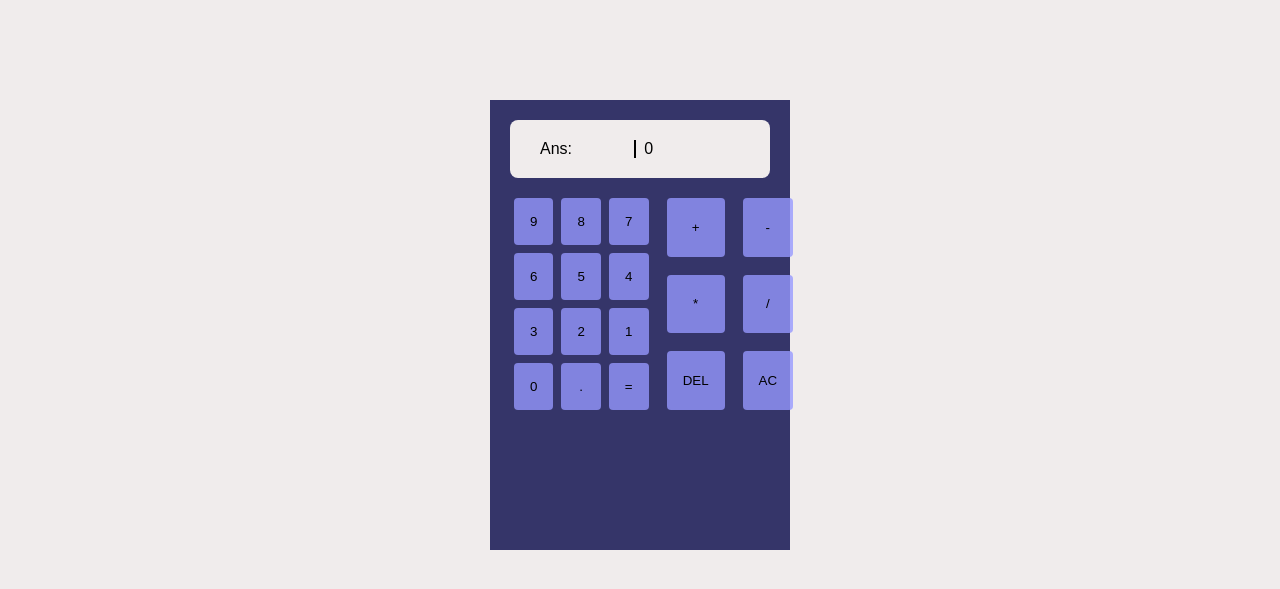
Repository: Bishek666/simple-calculator
Page: /
An editor plug-in stored every save of this project. The page is shown before and after the next save, followed by the edit.
The browser window is 1280 px wide. The pictures show the whole page.
The project was rebuilt for these pictures with package versions that can differ from the ones it lists, and the page was loaded fresh each time.

Above is the page before, as saved 2021-10-26 17:06:54.

After the next save:
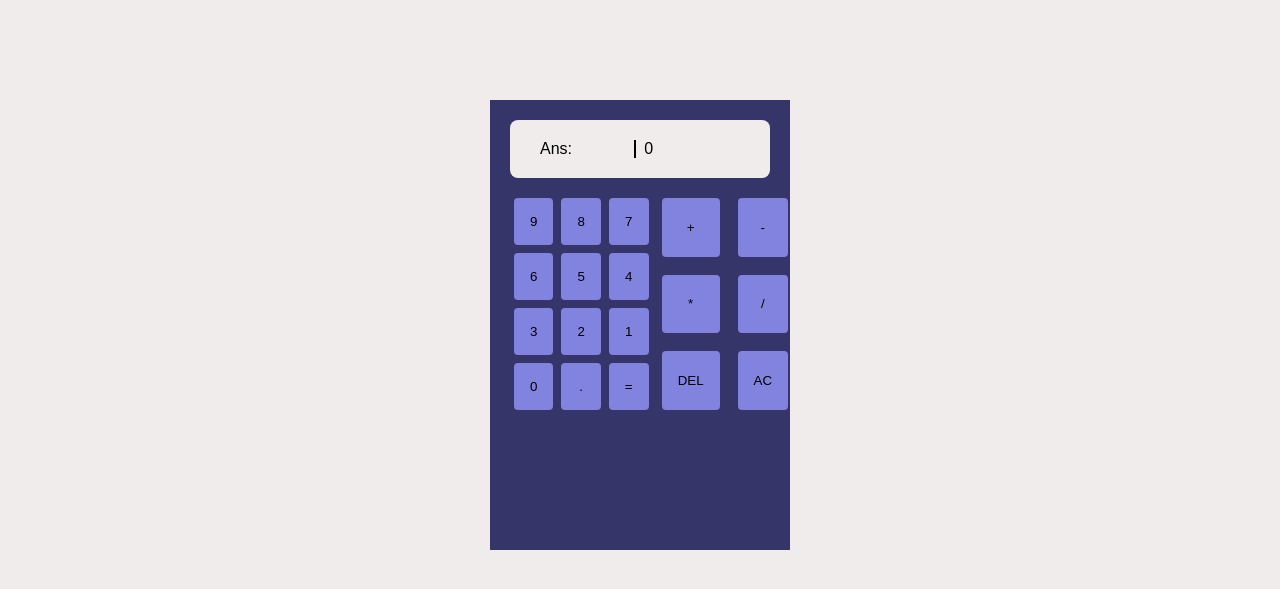
Saved 7 s later.
--- a/src/index.css
+++ b/src/index.css
@@ -68,7 +68,7 @@ button {
 .digits {
     display: grid;
     grid-template-columns: repeat(3, 1fr);
-    margin-right: 10px;
+    margin-right: 5px;
 }
 
 .operators {
